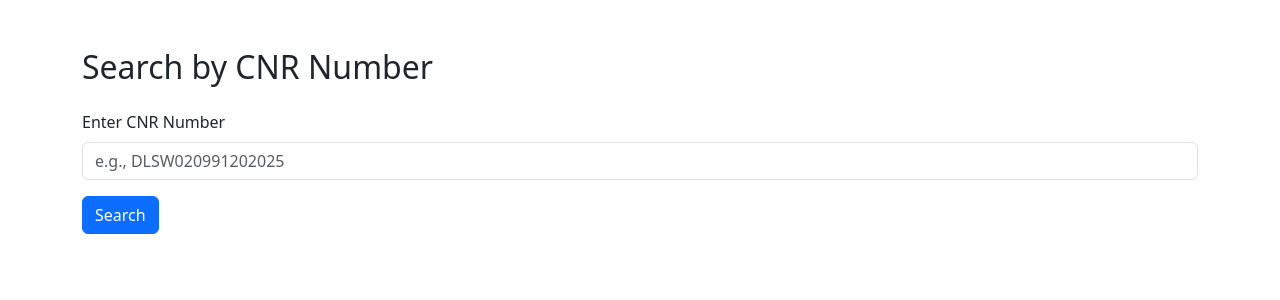
Repository: moatazbenma/Internship_task
Page: http://localhost/
The author's editor kept a copy of each file at every save. The page is drawn from the files as they stood at one save, then again after the next save.
The browser window is 1280 px wide. The pictures show the whole page.
The page is served by the project's application, run on Django 5.2 (court_project/manage.py). Other server files are loaded and not shown.

Above is the page before, as saved 2025-08-03 04:08:49.

### court_projects/court_project/case_search/templates/case_search/search_form.html
{% load static %}
<!DOCTYPE html>
<html lang="en">
<head>
    <meta charset="UTF-8">
    <title>Case Search</title>
    <link href="https://cdn.jsdelivr.net/npm/bootstrap@5.3.0/dist/css/bootstrap.min.css" rel="stylesheet">
</head>
<body>
<div class="container mt-5">
    <h2 class="mb-4">Search by CNR Number</h2>

    {% if messages %}
        {% for message in messages %}
            <div class="alert alert-{{ message.tags }} alert-dismissible fade show" role="alert">
                {{ message }}
                <button type="button" class="btn-close" data-bs-dismiss="alert" aria-label="Close"></button>
            </div>
        {% endfor %}
    {% endif %}

    <form method="get" action="{% url 'case_search:search' %}" id="searchForm">
        <div class="mb-3">
            <label for="cnr" class="form-label">Enter CNR Number</label>
            <input type="text" name="cnr" id="cnr" class="form-control"
                   placeholder="e.g., DLSW020991202025" required>
        </div>
        <button type="submit" class="btn btn-primary" id="submitBtn">Search</button>
    </form>
</div>

<script>
    const form = document.getElementById('searchForm');
    const btn = document.getElementById('submitBtn');

    form.addEventListener('submit', () => {
        btn.disabled = true;
        btn.innerHTML = `<span class="spinner-border spinner-border-sm me-2" role="status" aria-hidden="true"></span>Searching...`;
    });

    setTimeout(() => {
        const alerts = document.querySelectorAll(".alert");
        alerts.forEach(el => el.classList.remove("show"));
    }, 4000);
</script>
</body>
</html>

### court_projects/court_project/case_search/views.py
from django.shortcuts import render
from .scraper import scrape_case_details
from case_search.utils import save_scraped_data
from django.contrib import messages


def search_form(request):
    return render(request, 'case_search/search_form.html')

def search_view(request):
    cnr = request.GET.get("cnr", "").strip().upper()

    if not cnr or len(cnr) != 16:
        messages.error(request, "❌ Invalid CNR format. It must be exactly 16 characters long.")
        return render(request, "case_search/search_result.html")

    try:
        data = scrape_case_details(cnr)
    except Exception as e:
        messages.error(request, f"⚠️ Error occurred while fetching the case: {str(e)}")
        return render(request, "case_search/search_result.html")

    if not data:
        messages.error(request, f"❌ No case found for CNR: {cnr}. Please check the number and try again.")
        return render(request, "case_search/search_result.html")

    case = save_scraped_data(data)
    return render(request, "case_search/search_result.html", {"case": case})

### court_projects/court_project/court_project/urls.py
from django.contrib import admin
from django.urls import path, include

urlpatterns = [
    path('admin/', admin.site.urls),
    path('', include('case_search.urls', namespace='case_search')),  # 👈 This is crucial
]

### court_projects/court_project/case_search/urls.py
from django.urls import path
from . import views

app_name = 'case_search'  # Important for namespacing in templates

urlpatterns = [
    path('', views.search_form, name='search_form'),      # form at /
    path('results/', views.search_view, name='search'),         # handles GET & shows results
]

### court_projects/court_project/case_search/scraper.py
import requests
from bs4 import BeautifulSoup

BASE_URL = "https://districts.ecourtsindia.com/CNR/"

def scrape_case_details(cnr_number):
    url = f"{BASE_URL}{cnr_number}"
    response = requests.get(url)

    if response.status_code != 200:
        print(f"Failed to fetch data for {cnr_number}")
        return None

    soup = BeautifulSoup(response.text, "html.parser")

    try:
        card_body = soup.select_one('.info-card .card-body')
        columns = card_body.select('.col-md-6')

        left = columns[0].find_all('p')
        right = columns[1].find_all('p')

        cnr = left[0].text.split(":")[-1].strip()
        case_number = left[1].text.split(":")[-1].strip()
        parties = left[2].text.split(":")[-1].strip()
        filing_date = left[3].text.split(":")[-1].strip()
        registration_date = left[4].text.split(":")[-1].strip()

        court_name = right[0].text.split(":")[-1].strip()
        hearing_date = right[1].text.split(":")[-1].strip()
        status = right[2].text.split(":")[-1].strip()

        petitioner, respondent = parties.split("versus")

        orders = []
        timeline_items = soup.select('.timeline-item')

        for item in timeline_items:
            if 'marker-order' in item.select_one('.timeline-marker')['class']:
                order_date = item.select_one('.event-date').text.strip()
                summary = item.select_one('h6').text.strip()
                pdf_link_tag = item.select_one('a.btn-view-order')
                pdf_url = "https://districts.ecourtsindia.com" + pdf_link_tag['href']

                orders.append({
                    "date": order_date,
                    "summary": summary,
                    "pdf_url": pdf_url
                })

        return {
            "cnr": cnr,
            "case_number": case_number,
            "petitioner": petitioner.strip(),
            "respondent": respondent.strip(),
            "filing_date": filing_date,
            "registration_date": registration_date,
            "hearing_date": hearing_date,
            "court_name": court_name,
            "status": status,
            "orders": orders,
            "raw_html": response.text,
        }

    except Exception as e:
        print(f"Error during parsing: {e}")
        return None

After the next save:
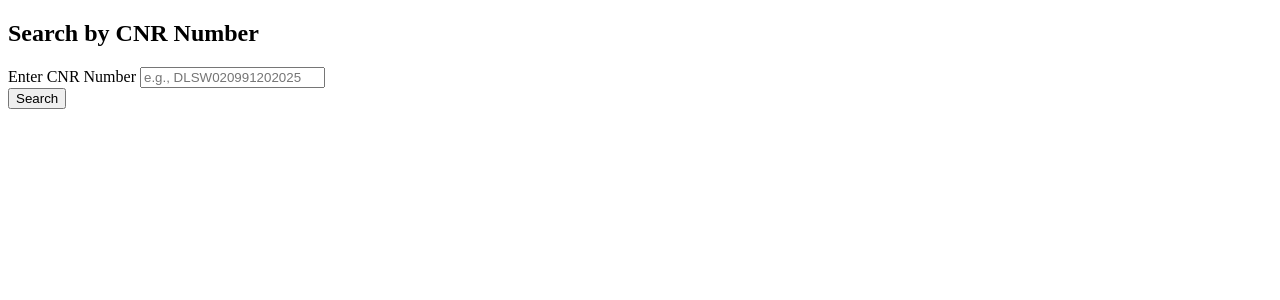
Saved 13 s later.
--- a/court_projects/court_project/case_search/templates/case_search/search_form.html
+++ b/court_projects/court_project/case_search/templates/case_search/search_form.html
@@ -4,7 +4,6 @@
 <head>
     <meta charset="UTF-8">
     <title>Case Search</title>
-    <link href="https://cdn.jsdelivr.net/npm/bootstrap@5.3.0/dist/css/bootstrap.min.css" rel="stylesheet">
 </head>
 <body>
 <div class="container mt-5">
